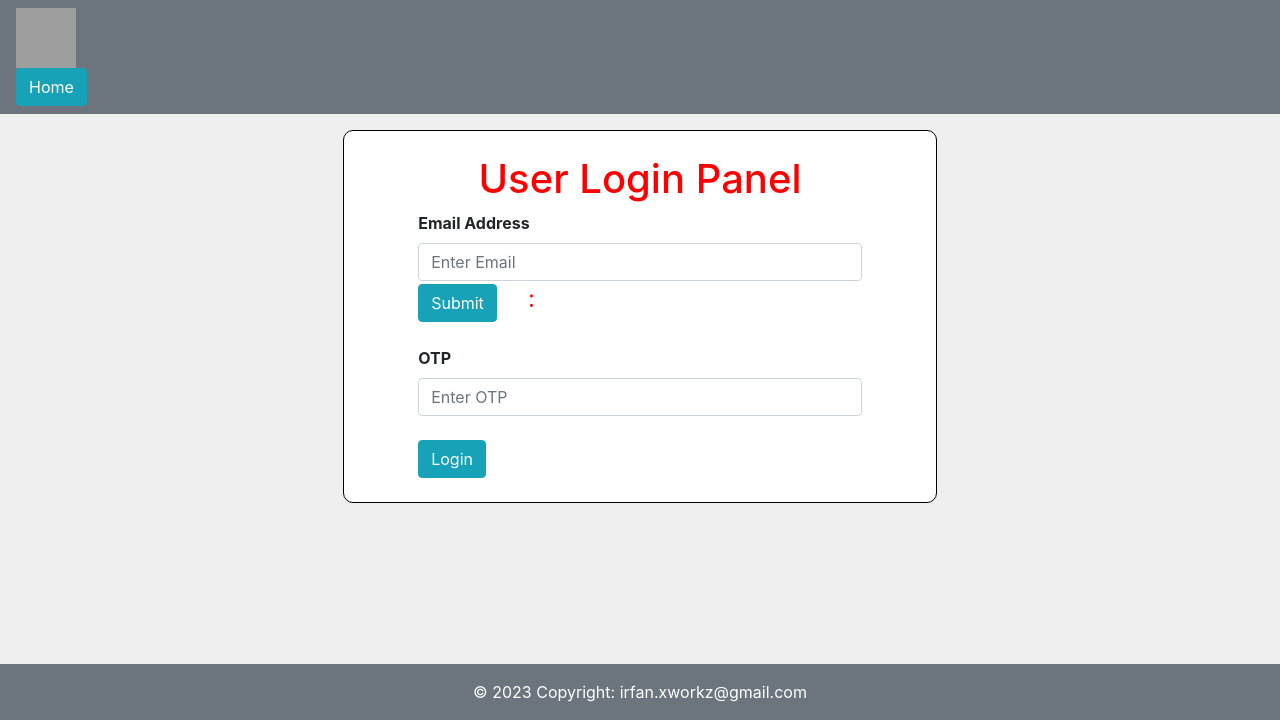
Repository: irfanxworkz/Project
Page: http://localhost/parking/UserLogin.jsp
These files come from the project's save history. The page is drawn as it stood at one moment and after the next save; the edit follows.
The browser window is 1280 px wide. The pictures show the whole page.
Pictures or frames that could not be fetched are drawn as grey boxes. The page is served by Tomcat 9. Other server files are loaded and not shown.

Above is the page before, as saved 2023-07-12 11:21:25.
Console error: SyntaxError: Unexpected identifier 'secs'

### parking/src/main/webapp/UserLogin.jsp
<%@ page language="java" contentType="text/html; charset=UTF-8"
    pageEncoding="UTF-8"%>
<!DOCTYPE html>
<html>
<head>
<meta charset="UTF-8">
<title>AdminPanel</title>
<link rel="stylesheet"
	href="https://cdn.jsdelivr.net/npm/bootstrap@4.4.1/dist/css/bootstrap.min.css">
	<link rel="stylesheet" href="Parking.css">
	<script>
		var mins=5;
		var secs=mins*60;
		function countdown(){
			setTimeout('Decrement()', 60);
		}
			function Decrement(){
				if(document.getElementById){
					minutes=document.getElementById("minutes");
					seconds=document.getElementById("seconds");
					if(seconds<59){
						seconds.value=secs;
					}
					else{
						minutes.value=getminutes();
						seconds.value=getseconds();
					}
					if(min<1) {
						minutes.style.color="red";
						seconds.style.coor="red";
					}
					if(mins<0){
						alert('time up');
						minutes.value=0;
						seconds.value=0;
					}
					else{
						secs--;
						setTimeout('Decrement()', 1000);
					}
				}
			}

			function getminutes(){
				mins=Math.floor(secs/60);
				return mins;
			}

			function getseconds(){
				retun secs-Math.round(mins*60);
			}

	</script>
</head>
<header>
	<div class="fixed-header">
		<nav class="navbar navbar-dark bg-secondary justify-content-between">
			<img src="https://w7.pngwing.com/pngs/974/17/png-transparent-car-park-parking-computer-icons-parking-text-rectangle-logo-thumbnail.png" alt="" width="60" height="60">
		    <a  href="Home.jsp" class="btn btn-info" type="button" style="margin-right: 1150px;">Home</a>
		</nav>
	</div>
</header>
<body >
 	<div class="container">

 		<form method="post" action="${pageContext.request.contextPath}/user-login" modelAttribute="employee"  style="background-color: white; margin-top: 50px; margin-left: 200px; margin-right: 200px; border: 1px solid black; border-radius: 10px;">

				<span></span><br>
				<span style="color: green;">${successMsg }</span>
				<h1 style="text-align: center; color: red;">User Login Panel</h1>
			<div class="container">
			<label for="email"><b>Email Address</b></label>
			<!--  <span style="color: red;"> Time Left ::</span><br><br> -->
			    <input type="email" name="email" class="form-control" placeholder="Enter Email"><input type="submit" name="otp value="Send OTP" onclick="countdown();" class="btn btn-info" ><span style="color: red;"> <input id="minutes" type="text" style="width: 5%; border: none; font-size: 16px; font-weight: bold;"> <font size="5"> : </font> <input id="seconds" type="text" style="width: 8%; border: none; font-size: 16px; font-weight: bold;"> </span><br><br>

			<label for="otp"><b>OTP</b></label>
			    <input type="text" name="otp" class="form-control" placeholder="Enter OTP"><br>
			 	 <input type="submit" name="login" value="Login" class="btn btn-info"><br>
			 	<span></span><br>
			</div>
		</form>
	</div>
</body>
	<div class="fixed-footer">
		<footer class="bg-secondary text-white">
		    <div class="text-center p-3" style="background-color: secondary;">
		      © 2023 Copyright:
		      <a class="text-white" href="https://irfan.xworkz@gmail.com/">irfan.xworkz@gmail.com</a>
		    </div>
		 </footer>
	</div>
</html>

### parking/src/main/webapp/Parking.css
@charset "UTF-8";



 /* Add some padding on document's body to prevent the content
    to go underneath the header and footer */
 	body{
        padding-top: 80px;
        padding-bottom: 60px;
        background-color: buttonface;
    }
    .container{
        width: 80%;
        margin: 0 auto; /* Center the DIV horizontally */
    }
    .fixed-header, .fixed-footer{
        width: 100%;
        position: fixed;

    }
    .fixed-header{
        top: 0;
    }
    .fixed-footer{
        bottom: 0;
    }


 /* using for table and body*/
 #customers {
  font-family: Arial, Helvetica, sans-serif;
  border-collapse: collapse;
  width: 100%;
}

#customers td, #customers th {
  border: 1px solid #ddd;
  padding: 8px;
}

#customers tr:nth-child(even){background-color: #f2f2f2;}

#customers tr:hover {background-color: #ddd;}

#customers th {
  padding-top: 12px;
  padding-bottom: 12px;
  text-align: left;
  background-color: #04AA6D;
  color: white;
}

After the next save:
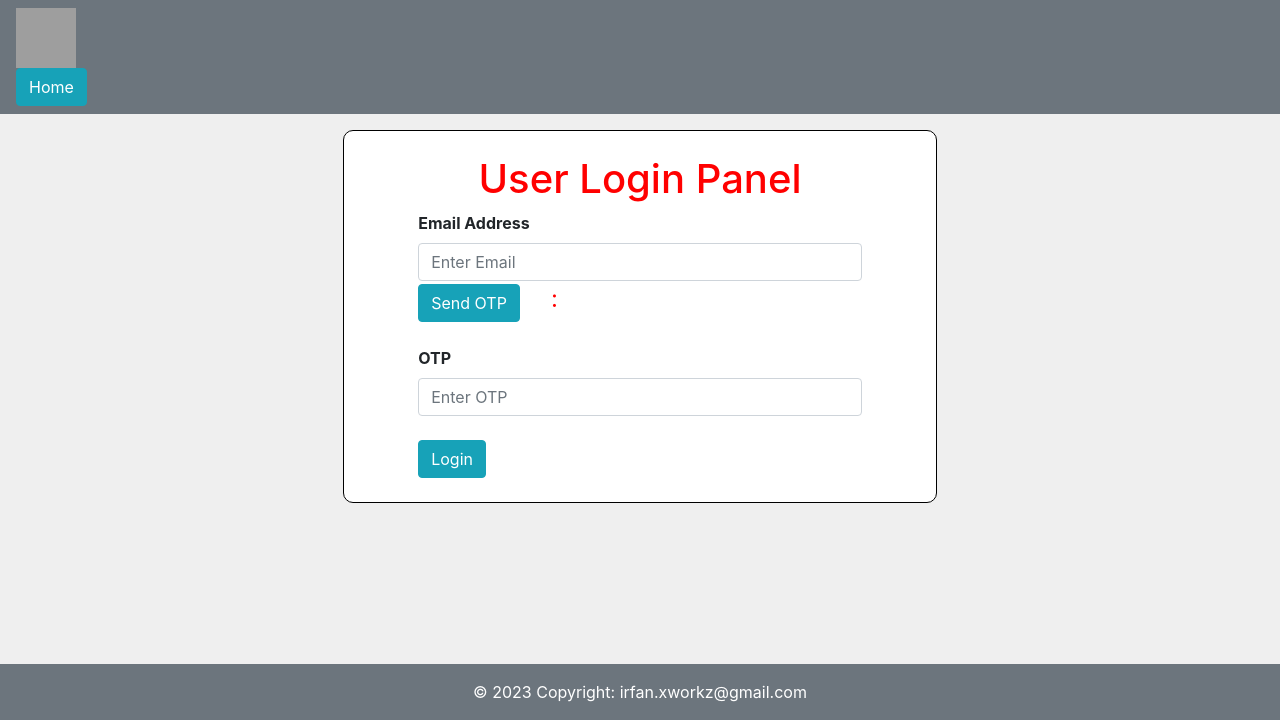
Saved 22 h 37 min later.
--- a/parking/src/main/webapp/UserLogin.jsp
+++ b/parking/src/main/webapp/UserLogin.jsp
@@ -71,7 +71,7 @@
 			<div class="container">
 			<label for="email"><b>Email Address</b></label>
 			<!--  <span style="color: red;"> Time Left ::</span><br><br> -->
-			    <input type="email" name="email" class="form-control" placeholder="Enter Email"><input type="submit" name="otp value="Send OTP" onclick="countdown();" class="btn btn-info" ><span style="color: red;"> <input id="minutes" type="text" style="width: 5%; border: none; font-size: 16px; font-weight: bold;"> <font size="5"> : </font> <input id="seconds" type="text" style="width: 8%; border: none; font-size: 16px; font-weight: bold;"> </span><br><br>
+			    <input type="email" name="email" class="form-control" placeholder="Enter Email"><input type="submit" value="Send OTP" name="otp  onclick="countdown();" class="btn btn-info" ><span style="color: red;"> <input id="minutes" type="text" style="width: 5%; border: none; font-size: 16px; font-weight: bold;"> <font size="5"> : </font> <input id="seconds" type="text" style="width: 8%; border: none; font-size: 16px; font-weight: bold;"> </span><br><br>
 
 			<label for="otp"><b>OTP</b></label>
 			    <input type="text" name="otp" class="form-control" placeholder="Enter OTP"><br>
